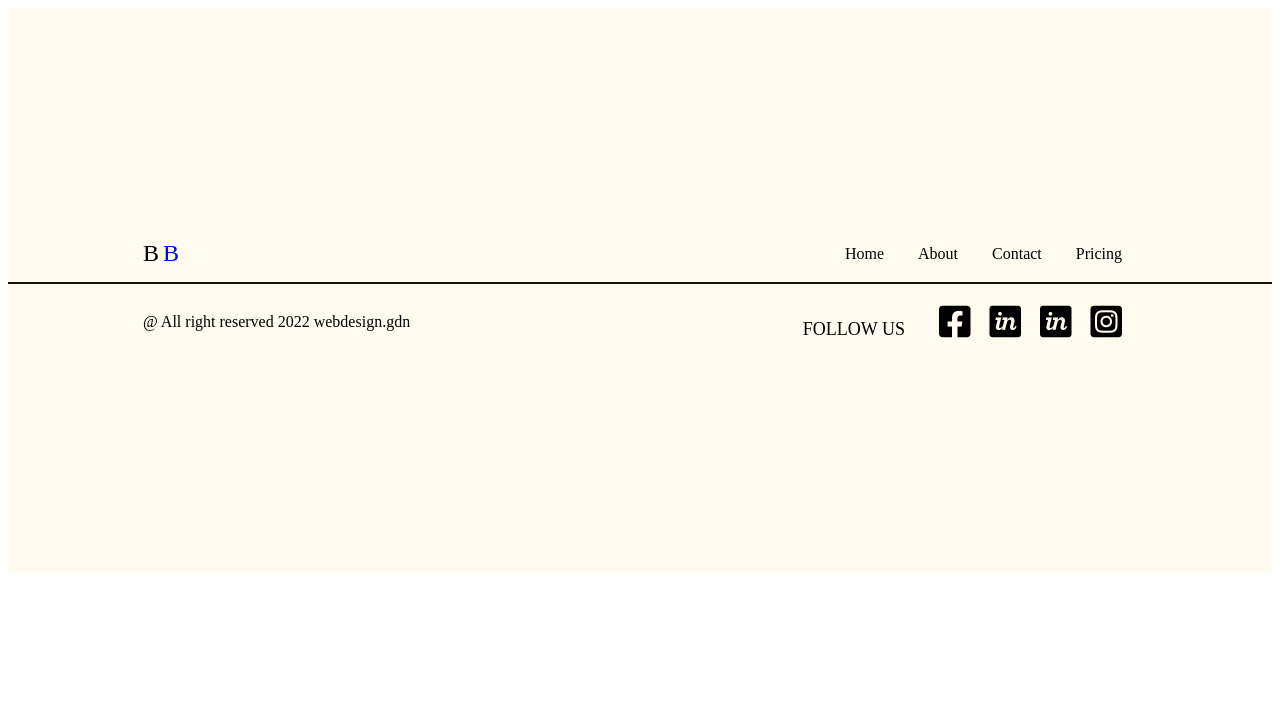
Repository: ngocphuocha/4lifeteam-marketing-agency
Page: index.html
The author's editor kept a copy of each file at every save. The page is drawn from the files as they stood at one save, then again after the next save.
The browser window is 1280 px wide. The pictures show the whole page.

Above is the page before, as saved 2023-03-13 17:28:58.

After the next save:
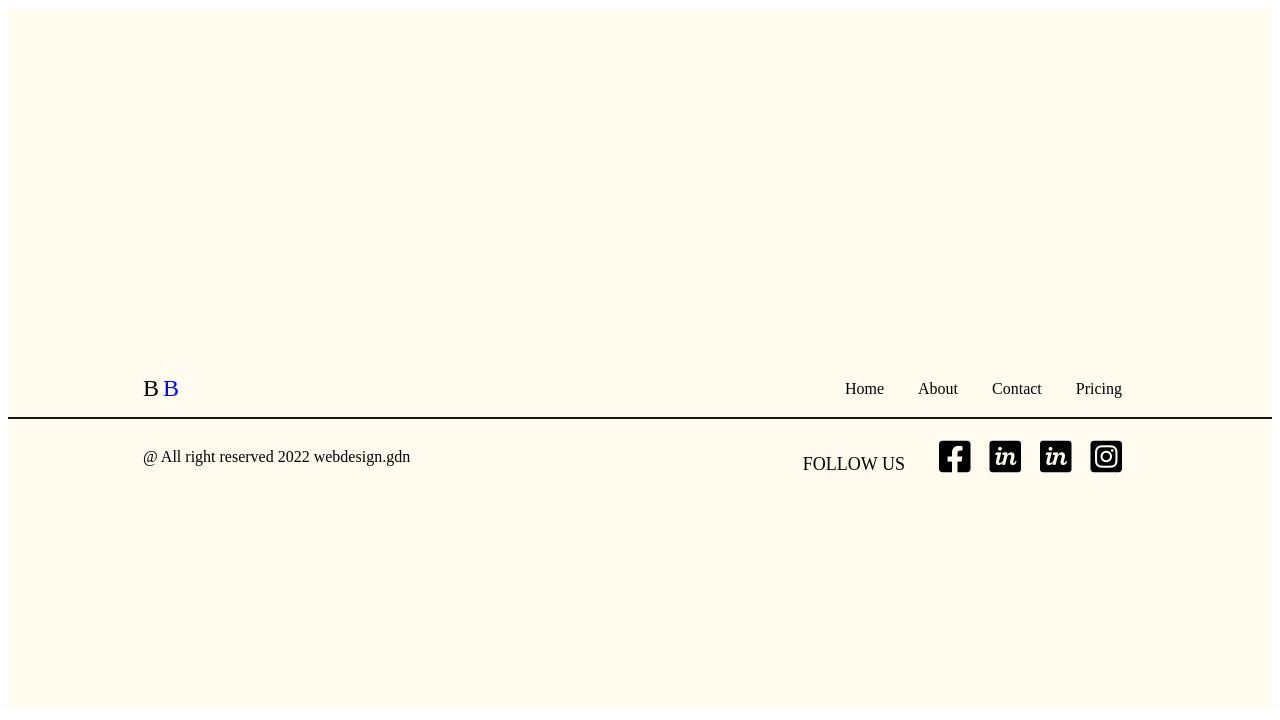
Saved 63 s later.
--- a/css/footer-service.css
+++ b/css/footer-service.css
@@ -11,8 +11,7 @@
     padding: 0px 135px 15px;
     border-bottom: 2px solid rgba(5, 5, 5, 0.938);
     /* margin-bottom: 20px; */
-    border-right: 135px;
-    margin: 0px 0px 20px;
+    margin: 135px 0px 20px;
   }
 
   .background-footer .container .footer-left .span-1{
